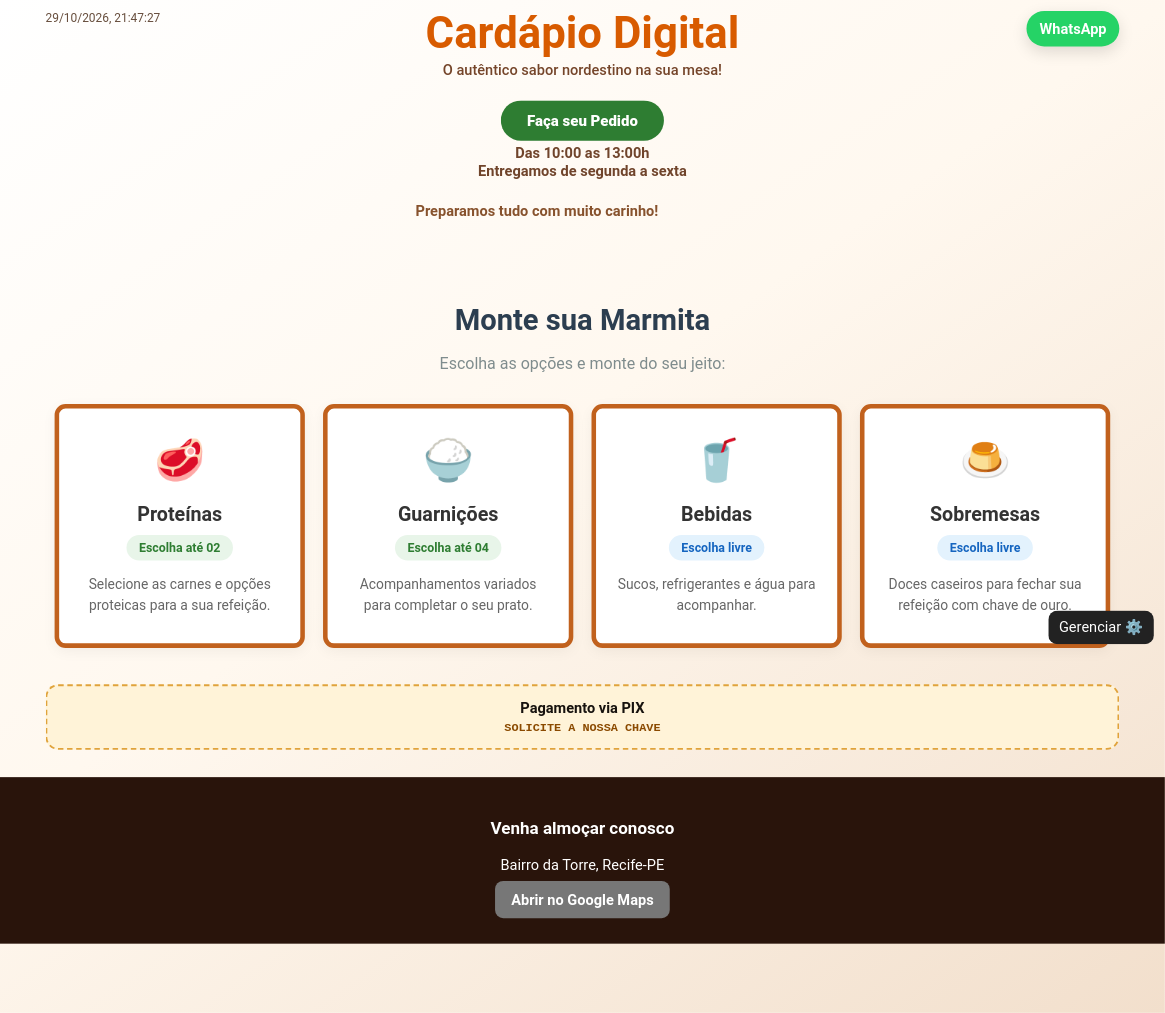
Repository: JeffRodFer/sd-copy-01-frontend
Page: index.html
An editor plug-in stored every save of this project. The page is shown before and after the next save, followed by the edit.
The browser window is 1280 px wide. The pictures show the whole page, at 91% of full size.
The page's requests for data from a server got no answer.

Above is the page before, as saved 2026-10-30 11:23:47.

After the next save:
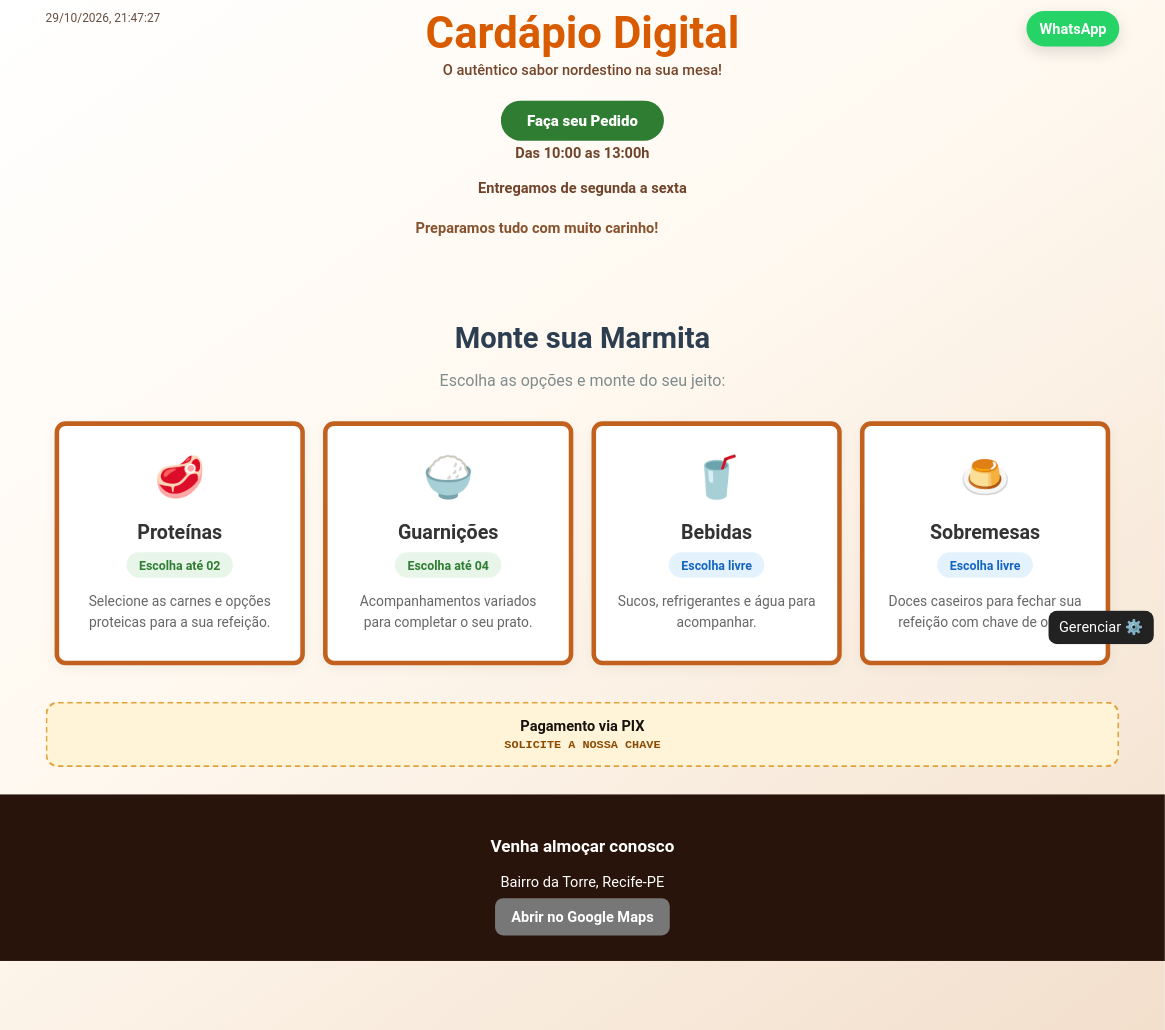
Saved 2 min 3 s later.
--- a/index.html
+++ b/index.html
@@ -44,7 +44,7 @@
 
 
     <div class="notice">
-      Das 10:00 as 13:00h <br>
+      Das 10:00 as 13:00h <br><br>
       Entregamos de segunda a sexta
     </div>
 
